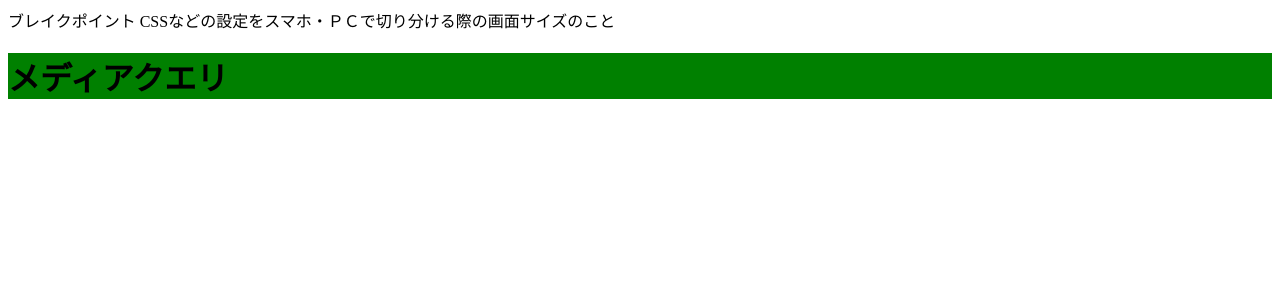
Repository: iwamani/samurai_HTML-CSS
Page: responsive.html
The author's editor kept a record of every edit. The page is drawn from the files as they stood at one moment, then again after the next edit.
The browser window is 1280 px wide. The pictures show the whole page.

Above is the page before.

After the next edit:
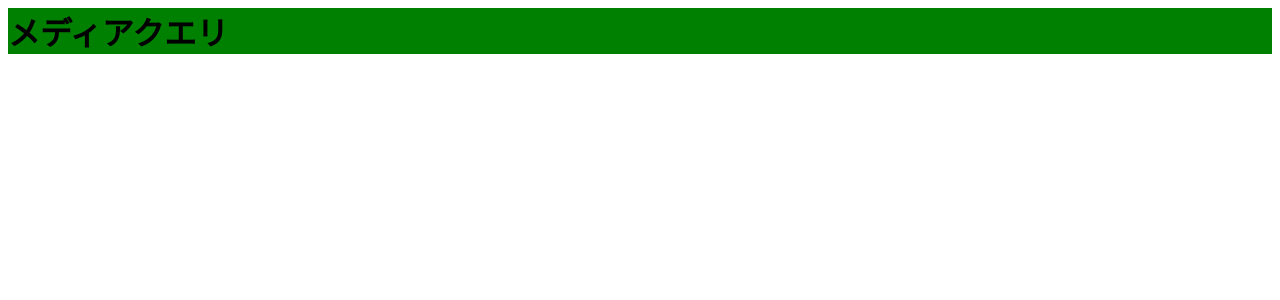
The edit:
--- a/responsive.html
+++ b/responsive.html
@@ -1,7 +1,8 @@
 <!--レスポンシブデザイン-->
 
-ブレイクポイント
+<!--ブレイクポイント
     CSSなどの設定をスマホ・ＰＣで切り分ける際の画面サイズのこと
+-->
 
 
 
